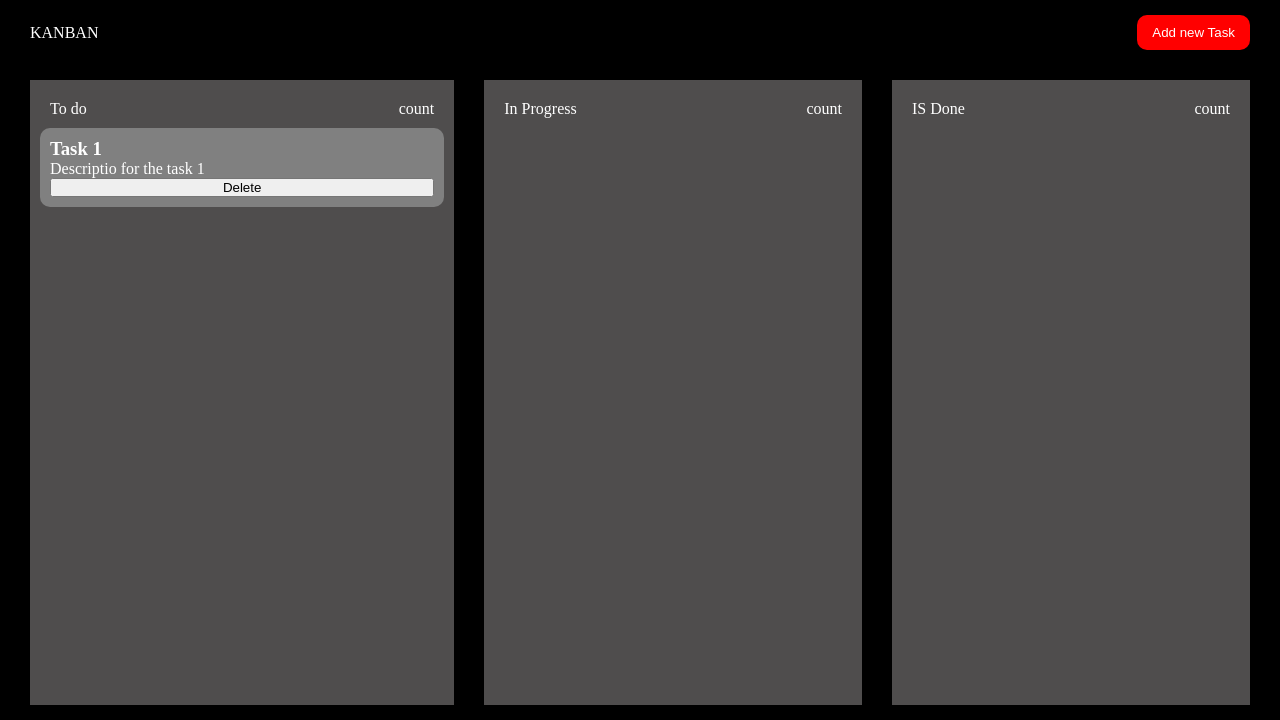
Repository: Sandeepji-5/Kanban-board
Page: index.html
An editor plug-in stored every save of this project. The page is shown before and after the next save, followed by the edit.
The browser window is 1280 px wide. The pictures show the whole page.

Above is the page before, as saved 2025-12-08 18:44:58.

After the next save:
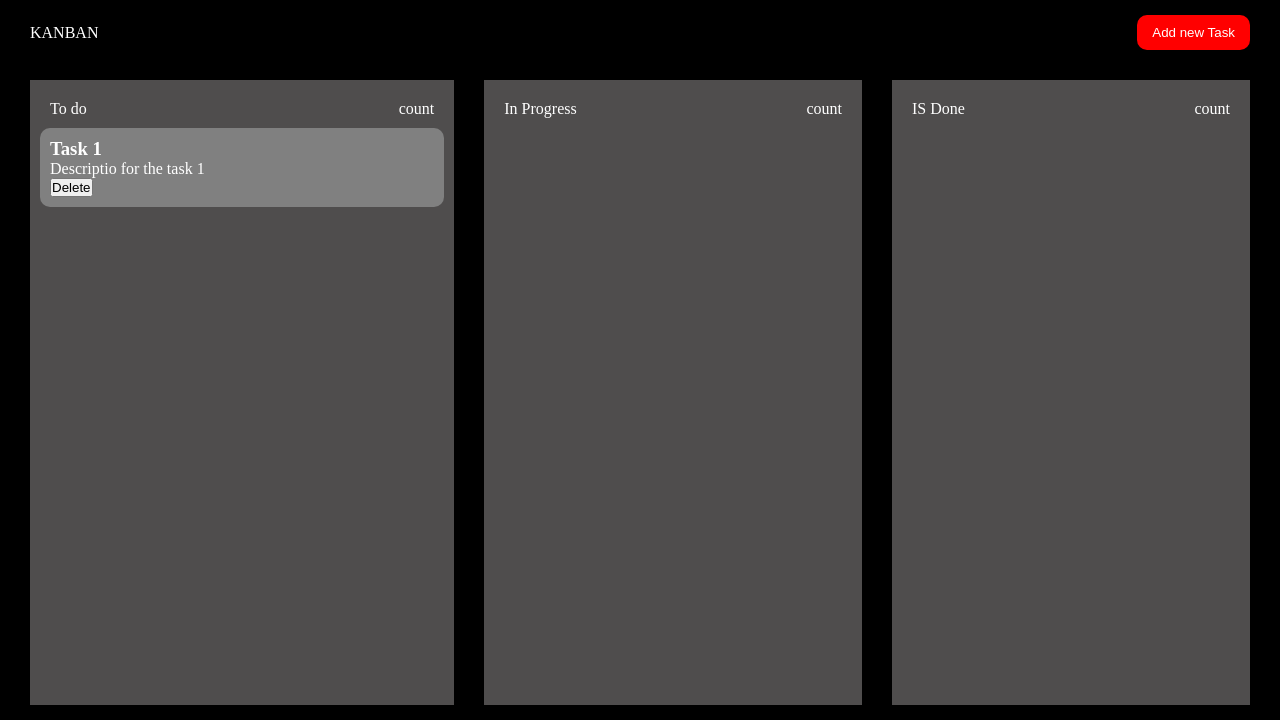
Saved 81 s later.
--- a/style.css
+++ b/style.css
@@ -108,3 +108,7 @@ section .task-column  .task{
     background-color: var(--bg-task-color);
 
 }
+
+section .task-column .task button{
+    align-self: flex-start;
+}
